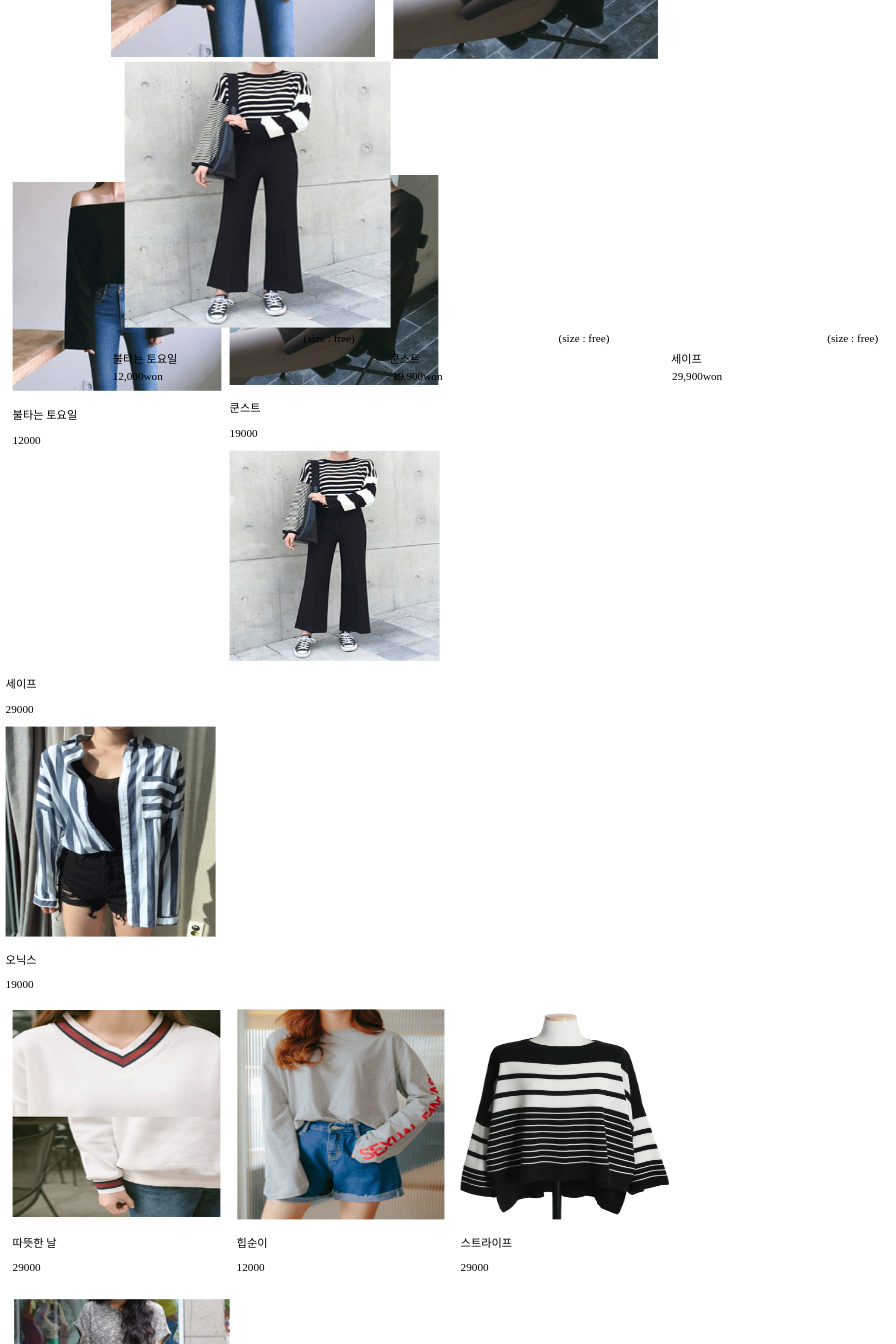
Repository: won0108/Port-Folio
Page: Creating_Homepage/Shopping/WebContent/top.html
These files come from the project's save history. The page is drawn as it stood at one moment and after the next save; the edit follows.
The browser window is 1280 px wide. The pictures show the part of the page from y = 1090 to 3010 px (the page is 3318 px tall before and 3336 px after), at 70% of full size.

Above is the page before, as saved 2020-12-03 07:37:52.

### Creating_Homepage/Shopping/WebContent/top.html
<!DOCTYPE html>
<html>
<head>  <!--웹페이지에 대한 정보를 제공한다.-->
 <title> New Turn </title>  <!--탭에 New Turn을 나타낸다.-->
<style>

 	@font-face
 	{
 		font-family:"My Font";
 		src: url("fontstyle/ENCOSCPT.TTF");
	}
 	h1{
   	color:#003900;
   	position:fixed;
   	top: 0px;
   	left:10px;
   	font-family:"My Font", serif;
   	font-size: 30pt;
   	}
	#infor{
	position:fixed;
	top:40px; right:0px;
	}
	#infor a{
	text-decoration:none;
	color:#5D5D5D;
	font-size:13pt;
	display: inline;
	padding :5px;
	}
	#infor a:hover{
	tex-decoration:underline;
	color: black;
	text-weight:bold;
	}
	#categ{
	position:fixed;
	top:25px; right:730px;
	}
	#categ ul li{
	display: inline;
	}
	#categ ul li a{
	text-decoration:none;
	color:#003900;
	font-size:10pt;
	font-weight:bold;
	text-transform:uppercase;
	padding :5px;
	}
	#categ ul li a:hover{
	tex-decoration:underline; color: black;
	}
	#main{
   	position:relative;
   	top: 300px; margin-left:150px;
   }
</style>
</head>
<body>
<h1> NewTurn </h1>
<div id="infor">
	<a href="">CART</a>
	<a href="">주문/배송</a>
	<a href="마이페이지.html">마이페이지</a>
</div>
<div id="categ">
		<ul>
			<li><a href="top.html">BLOUSE</a></li>
			<li><a href="skirt.html">SKIRT</a></li>
			<li><a href="pants.html">PANTS</a></li>
		</ul>
</div>
<img style="position:relative; top : 200px; left:450px;" src="images/티파니.PNG"><br>
<div id="main">
		<img src="images/티셔츠1.PNG" width="380" height="380">
		<img src="images/티셔츠2.PNG" width="380" height="380" style="padding-left:20px;">
		<img src="images/티셔츠3.PNG" width="380" height="380" style="padding-left:20px;">
		<table>
			<tr>
				<td><div style="background-color:black;"></div></td>
				<td style="padding-left:270px;">(size : free)</td>
				<td><div style="background-color:#002266; margin-left:30px;"></div></td>
				<td><div style="background-color:#980000;"></div></td>
				<td style="padding-left:250px;">(size : free)</td>
				<td><div style="background-color:#998A00;margin-left:50px;"></div></td>
				<td><div style="background-color:#5F00FF;"></div></td>
				<td style="padding-left:250px;">(size : free)</td>
		    </tr>
		</table>
		<table>
		<tr>
			<td>불타는 토요일</td>
			<td style="padding-left: 300px;">쿤스트</td>
			<td style="padding-left: 355px;">세이프</td>
		</tr>
	</table>
	<table>
		<tr>
	    	<td>12,000won</td>
	    	<td style="padding-left: 325px;">19,900won</td>
	    	<td style="padding-left: 325px;">29,900won</td>
	    </tr>
	</table>
	</div>
<div style="margin:10px;float:left;">
   <img src="images/티셔츠1.PNG" width="300" height="300">
   <p>불타는 토요일</p>
   <p>12000</p></div>
   <img src="images/티셔츠2.PNG" width="300" height="300">
   <p>쿤스트</p>
   <p>19000</p>
   <img src="images/티셔츠3.PNG" width="300" height="300">
   <p>세이프</p>
   <p>29000</p>
   <img src="images/티셔츠4.PNG" width="300" height="300">
   <p>오닉스</p>
   <p>19000</p>
<div style="margin:10px; float:left;">
<img src="티셔츠5.png" width="300" height="300">
<p>따뜻한 날</p>
<p>29000</p>
</div>
<div style="margin:10px; float:left;">
<img src="티셔츠6.png" width="300" height="300">
<p>힙순이</p><p>12000</p></div>
<div style="margin:10px; float:left;">
<img src="티셔츠7.png" width="300" height="300">
<p>스트라이프</p>
<p>29000</p>
</div>
<div style="margin:10px; float:left;">
<img src="티셔츠8.png">
<p>옆트임</p>
<p>19000</p>
</div>
<div style="background-color:#5D5D5D;
width:85px; height:120px; right:20px; bottom:190px;
color:white; display:block; position:fixed; padding:10px;">
<p>T-SHIRSTS</p>
<p>SKIRT</p>
<p>PANTS</p>
</div>
<div style=" display:block; position:fixed; right:20px; bottom:10px;">
<img src="쿠폰.png"></div>
 </form>
</body>
</html>

After the next save:
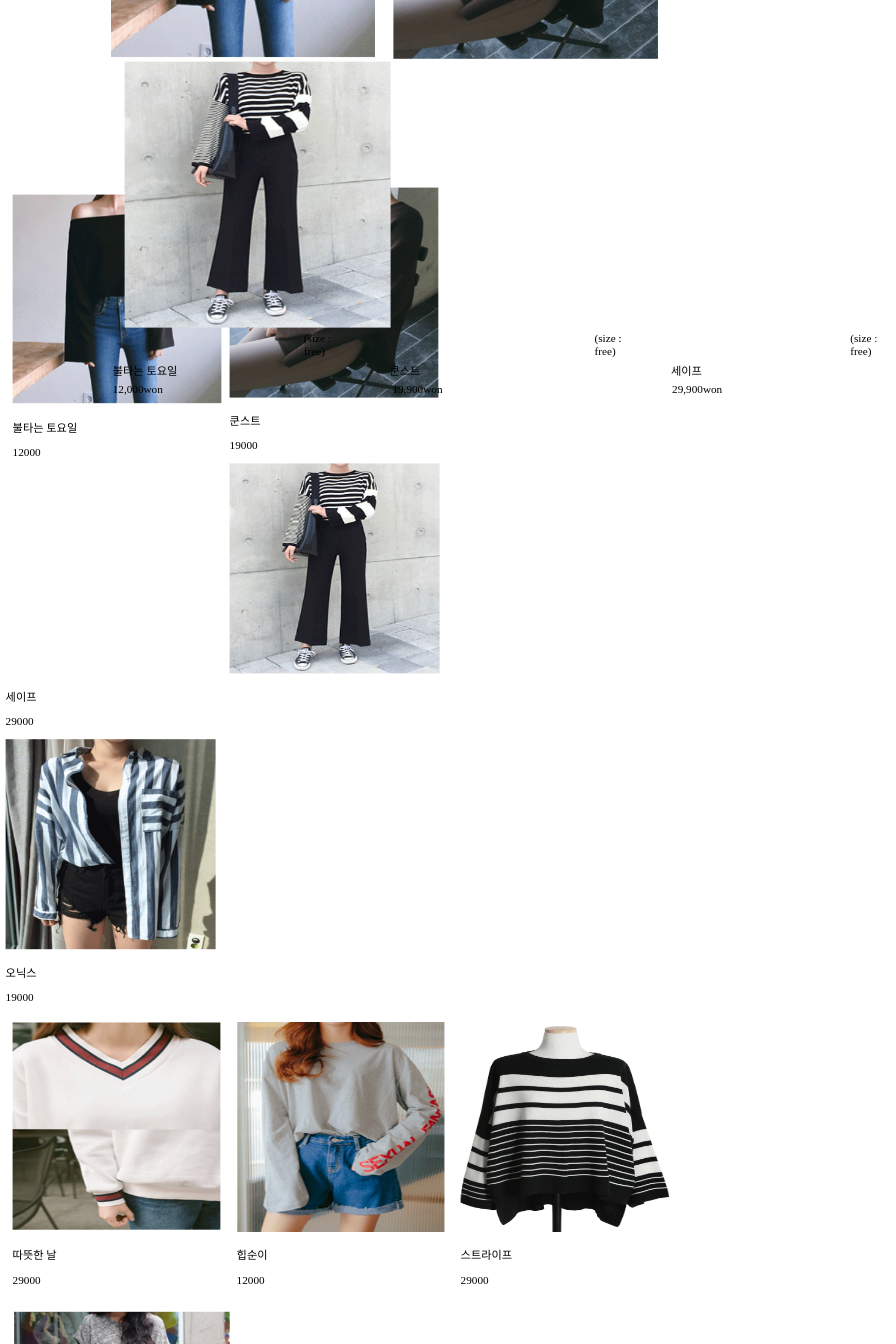
Saved 9 s later.
--- a/Creating_Homepage/Shopping/WebContent/top.html
+++ b/Creating_Homepage/Shopping/WebContent/top.html
@@ -80,7 +80,7 @@
 			<tr>
 				<td><div style="background-color:black;"></div></td>
 				<td style="padding-left:270px;">(size : free)</td>
-				<td><div style="background-color:#002266; margin-left:30px;"></div></td>
+				<td><div style="background-color:#002266; margin-left:100px;"></div></td>
 				<td><div style="background-color:#980000;"></div></td>
 				<td style="padding-left:250px;">(size : free)</td>
 				<td><div style="background-color:#998A00;margin-left:50px;"></div></td>
